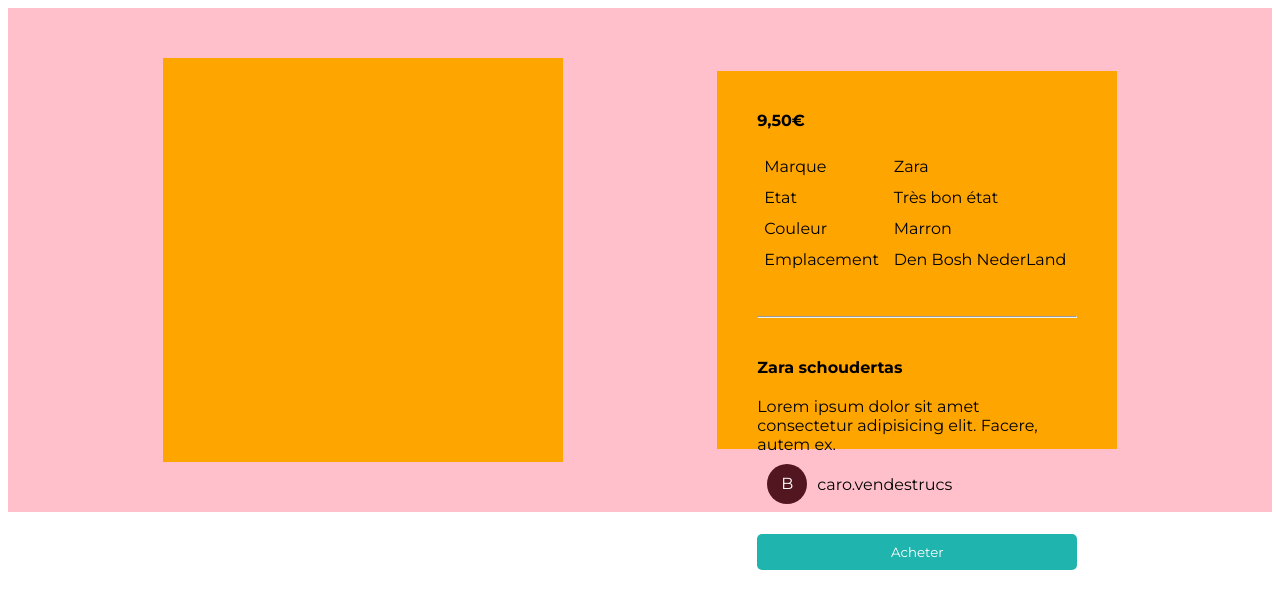
Repository: mel-in-a/vinted-front-clone
Page: html/offer.html
The author's editor kept a copy of each file at every save. The page is drawn from the files as they stood at one save, then again after the next save.
The browser window is 1280 px wide. The pictures show the whole page.

Above is the page before, as saved 2021-07-29 16:55:22.

### html/offer.html
<!DOCTYPE html>
<html lang="en">
  <head>
    <meta charset="UTF-8" />
    <meta http-equiv="X-UA-Compatible" content="IE=edge" />
    <meta name="viewport" content="width=device-width, initial-scale=1.0" />
    <link rel="preconnect" href="https://fonts.googleapis.com" />
    <link rel="preconnect" href="https://fonts.gstatic.com" crossorigin />
    <link
      href="https://fonts.googleapis.com/css2?family=Montserrat:wght@100;200;300;400;500;600;700;800;900&display=swap"
      rel="stylesheet"
    />
    <link rel="stylesheet" href="/offer.css" />
    <title>Document</title>
  </head>
  <body>
    <div class="offer">
      <div class="left"></div>
      <div class="right">
        <div class="price">9,50€</div>

        <table>
          <tr>
            <td>Marque</td>
            <td>Zara</td>
          </tr>
          <tr>
            <td>Etat</td>
            <td>Très bon état</td>
          </tr>
          <tr>
            <td>Couleur</td>
            <td>Marron</td>
          </tr>
          <tr>
            <td>Emplacement</td>
            <td>Den Bosh NederLand</td>
          </tr>
        </table>

        <hr />
        <div class="title">Zara schoudertas</div>
        <div class="description">
          Lorem ipsum dolor sit amet consectetur adipisicing elit. Facere, autem
          ex.
        </div>
        <div class="horizontal">
          <div class="avatar">B</div>
          <div class="username">caro.vendestrucs</div>
        </div>

        <button class="btn-buy">Acheter</button>
      </div>
    </div>
  </body>
</html>

### html/offer.css
* {
  font-family: "Montserrat", sans-serif;
}
.offer {
  width: 100%;
  display: flex;
  background-color: pink;
  height: 70vh;
  justify-content: space-evenly;
  align-items: center;
  flex-shrink: 0;
}

.offer .left,
.offer .right {
  width: 400px;
  background-color: orange;
}
.offer .left {
  height: 80%;
}
.offer .right {
  height: 75%;
  padding: 40px;
  box-sizing: border-box;
  font-size: ;
}

.offer .horizontal {
  display: flex;
  flex-direction: row;
  /* justify-content: space-between; */
  align-items: center;
}

.offer table {
  width: 100%;
}

.offer td {
  padding: 5px;
}
.offer hr {
  margin: 40px 0;
}

.offer .title {
  font-weight: 700;
  margin-bottom: 20px;
}

.offer .price {
  font-weight: 700;
  margin-bottom: 20px;
}

.offer .avatar {
  width: 40px;
  height: 40px;
  border-radius: 50%;
  margin: 10px;
  background-color: rgb(82, 22, 32);
  text-align: center;

  color: white;
  vertical-align: middle;
  line-height: 40px;
}

.offer .btn-buy {
    margin-top: 20px;
    border-radius:5px;
    background-color: rgb(31, 180, 173);
    width:100%;
    padding: 10px;
    border: none;
    color: white;

}

After the next save:
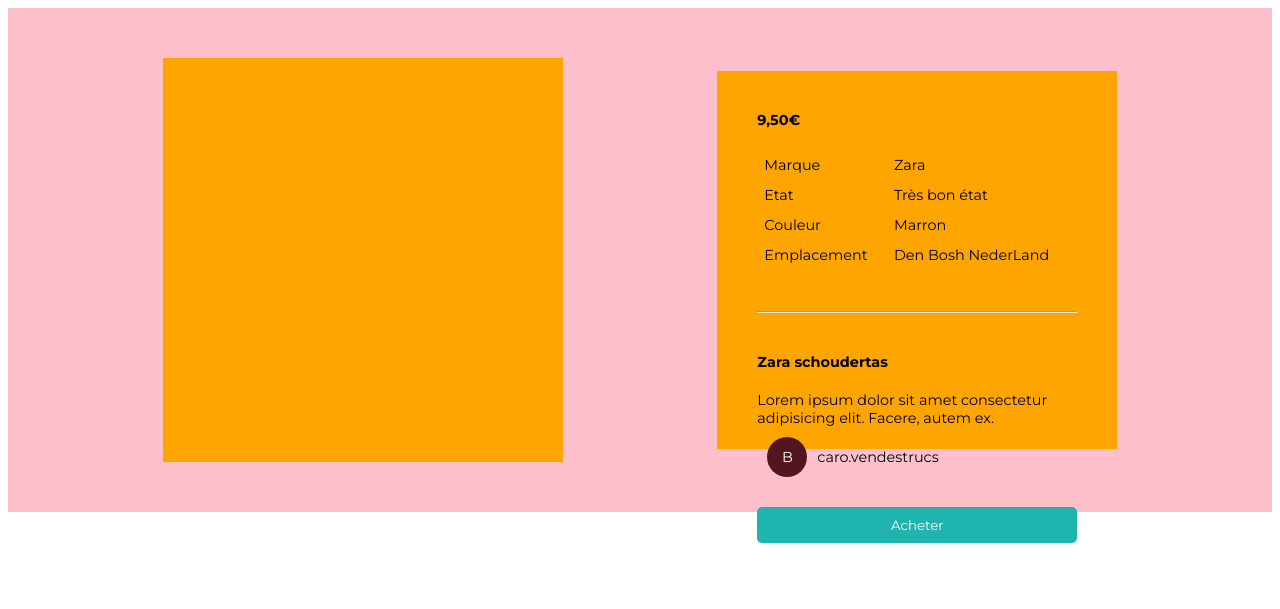
Saved 4 s later.
--- a/html/offer.css
+++ b/html/offer.css
@@ -23,7 +23,7 @@
   height: 75%;
   padding: 40px;
   box-sizing: border-box;
-  font-size: ;
+  font-size: 0.9rem;
 }
 
 .offer .horizontal {
